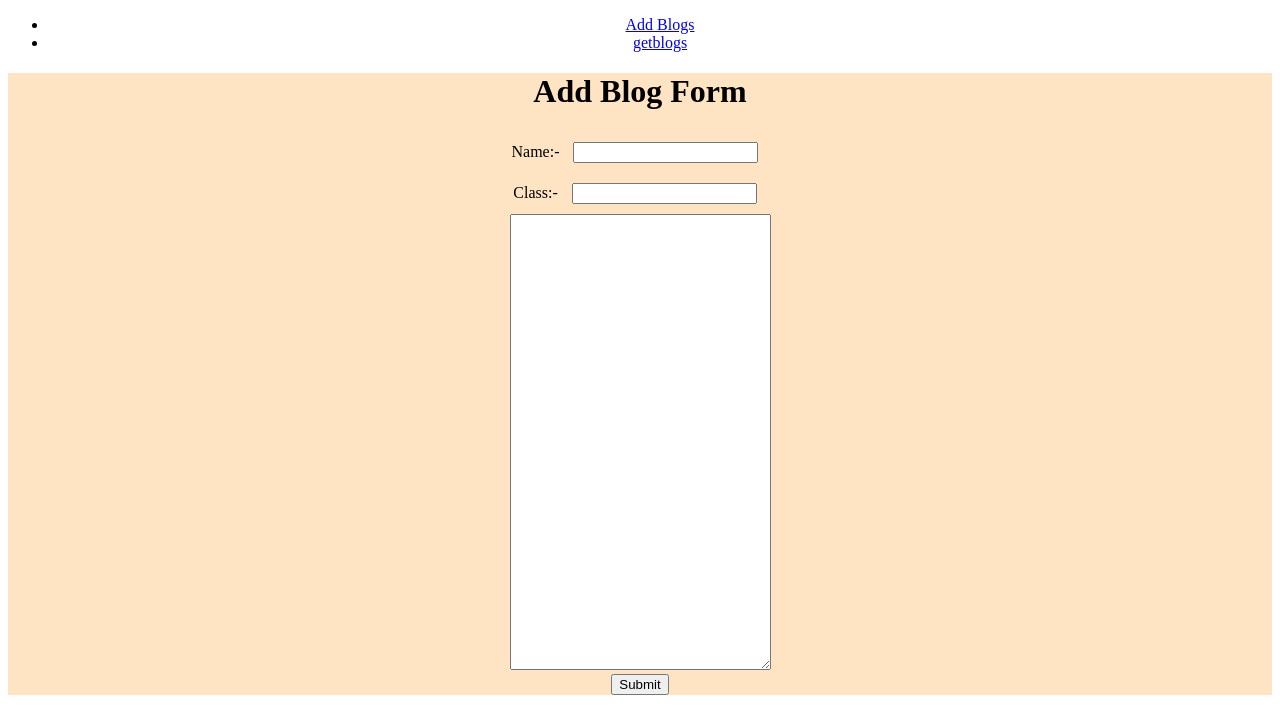
Repository: Sanskriti002/ExpressToDo
Page: public/index.html
These files come from the project's save history. The page is drawn as it stood at one moment and after a run of saves; the edit follows.
The browser window is 1280 px wide. The pictures show the whole page.

Above is the page before, as saved 2024-03-13 11:56:01.

### public/index.html
<!DOCTYPE html>
<html lang="en">

<head>
    <meta charset="UTF-8">
    <meta name="viewport" content="width=device-width, initial-scale=1.0">
    <title>Add Blogs</title>
    <link rel="stylesheet" href="style.css">
</head>

<header>
    <nav>
        <ul>
            <li><a href="/">Add Blogs</a></li>
            <li><a href="/getblogs">getblogs</a></li>
        </ul>
    </nav>
</header>

<body>
    <div>
    <h1>Add Blog Form</h1>
    <form action="/addblog" method="post">
        <label for="name">Name:-</label>
        <input type="text" name="name" id="name"><br>

        <label for="Class">Class:-</label>
        <input type="text" name="Class" id="Class"><br>

        <Blog </Label><label for="blog"></label>
        <textarea name="blog" id="blog" cols="30" rows="30"></textarea><br>

        <button>Submit</button>

    </form>
</div>
</body>

</html>

### public/style.css
*{
    text-align: center;

}

div{
background-color:bisque ;
/* display: flex; */
justify-content: center;
align-items: center;
}

input{
    margin: 10px;
}

After the next 2 saves:
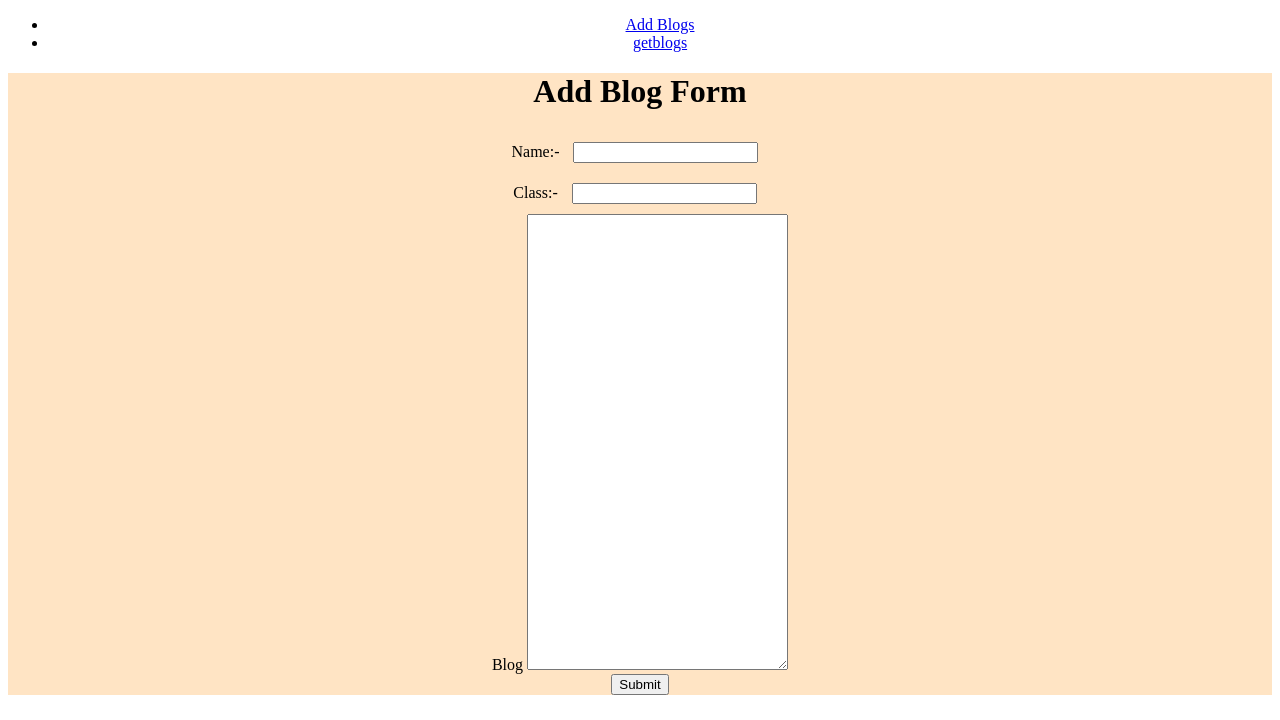
The 2 saves are shown as one change because they came seconds apart.
The last was saved 18 s later.
--- a/public/index.html
+++ b/public/index.html
@@ -27,7 +27,7 @@
         <label for="Class">Class:-</label>
         <input type="text" name="Class" id="Class"><br>
 
-        <Blog </Label><label for="blog"></label>
+        Blog<label for="blog"></label>
         <textarea name="blog" id="blog" cols="30" rows="30"></textarea><br>
 
         <button>Submit</button>

After the 2 saves that followed:
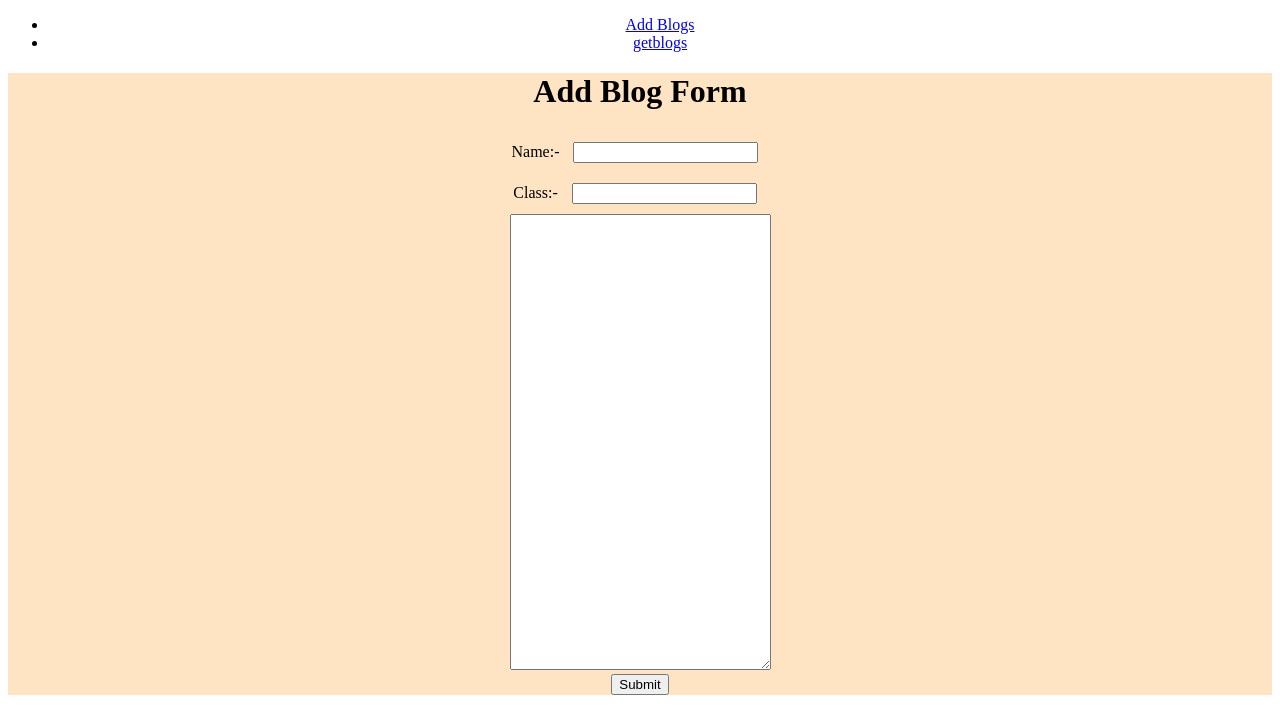
The 2 saves are shown as one change because 1 left the picture as it was.
The last was saved 27 s later.
--- a/public/index.html
+++ b/public/index.html
@@ -27,7 +27,6 @@
         <label for="Class">Class:-</label>
         <input type="text" name="Class" id="Class"><br>
 
-        Blog<label for="blog"></label>
         <textarea name="blog" id="blog" cols="30" rows="30"></textarea><br>
 
         <button>Submit</button>
